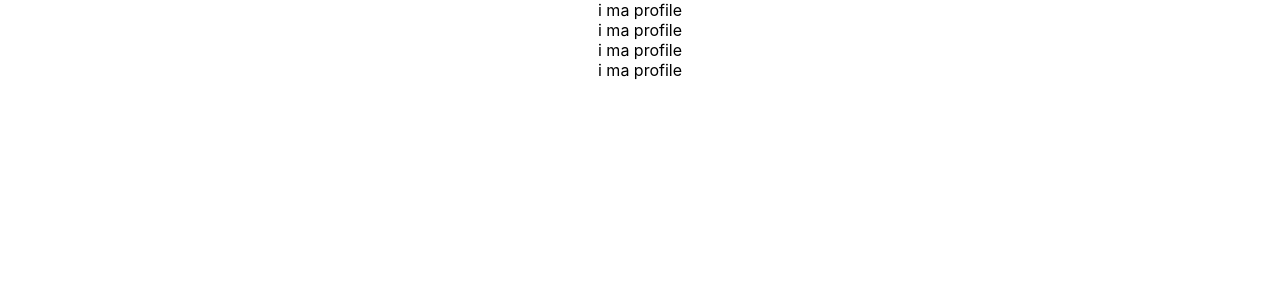
Repository: mahsa199170/React-Props-projects
Page: / (app in profile-app/)
These files come from the project's save history. The page is drawn as it stood at one moment and after the next save; the edit follows.
The browser window is 1280 px wide. The pictures show the whole page.
The project was rebuilt for these pictures with package versions that can differ from the ones it lists, and the page was loaded fresh each time.

Above is the page before, as saved 2024-11-18 13:11:56.

After the next save:
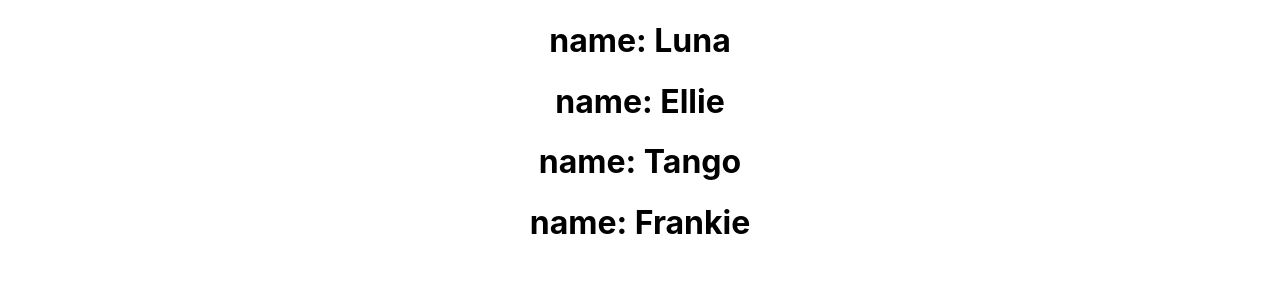
Saved 15 s later.
--- a/profile-app/src/components/Profile.js
+++ b/profile-app/src/components/Profile.js
@@ -1,7 +1,11 @@
 import React from 'react';
 
 const Profile = ({ id, name, age, gender, occupation }) => {
-  return <div>i ma profile</div>;
+  return (
+    <div>
+      <h1>name: {name}</h1>
+    </div>
+  );
 };
 
 export default Profile;
